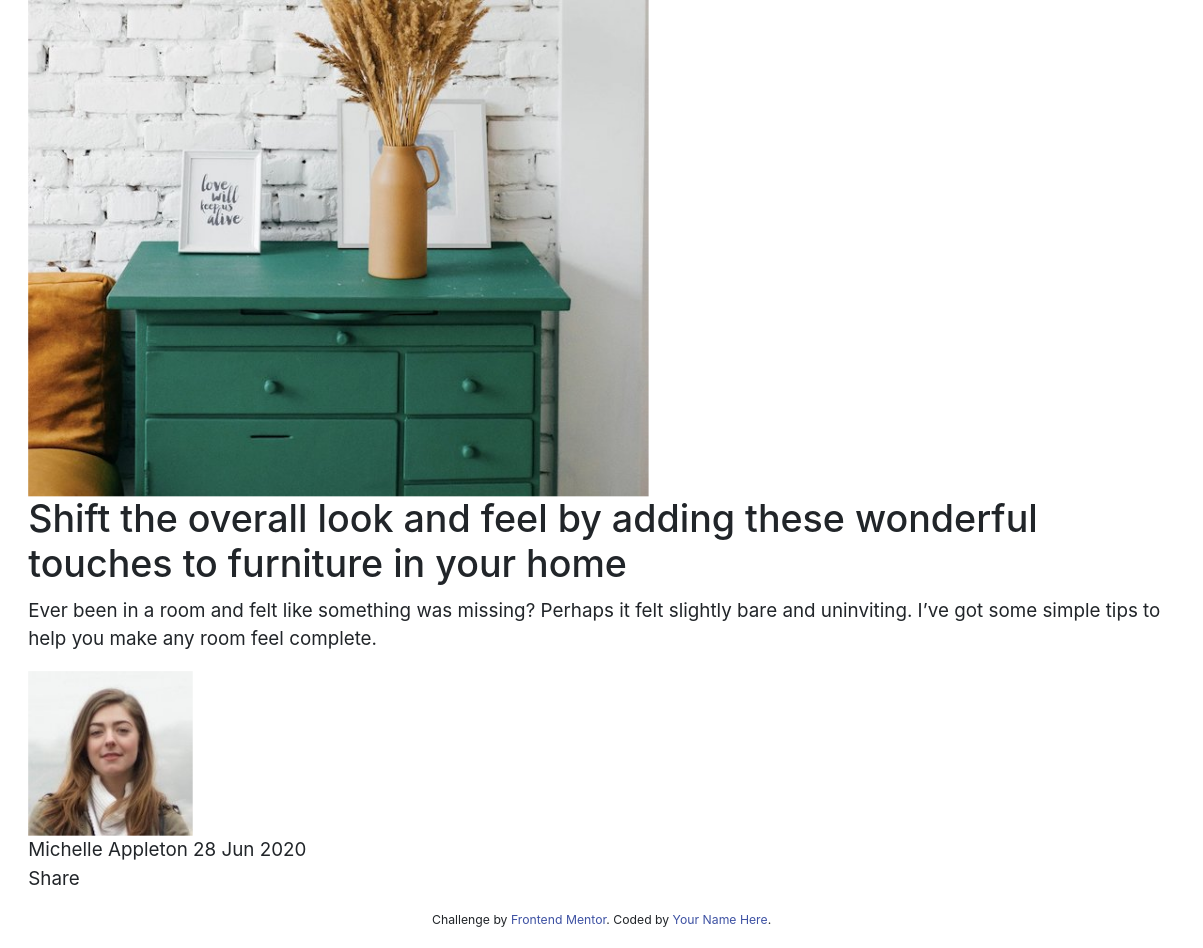
Repository: timiodulate/Article-Preview-Component
Page: index.html
These files come from the project's save history. The page is drawn as it stood at one moment and after a run of saves; the edit follows.
The browser window is 1280 px wide. The pictures show the whole page, at 94% of full size.

Above is the page before, as saved 2020-07-11 11:13:14.

### index.html
<!DOCTYPE html>
<html lang="en">
<head>
  <meta charset="UTF-8">
  <meta name="viewport" content="width=device-width, initial-scale=1.0"> <!-- displays site properly based on user's device -->

  <link rel="icon" type="image/png" sizes="32x32" href="./images/favicon-32x32.png">

  <!-- Bootstrap -->
  <link rel="stylesheet" href="./css/bootstrap.min.css">

  <!-- Custom Style -->
  <link rel="stylesheet" href="./css/style.css">

  <title>Frontend Mentor | Article preview component</title>
</head>
<body>
  <div class="container col d-flex flex-column justify-content-between">
    <div class="cardContainer col d-flex-column">

      <img src="./images/drawers.jpg" alt="">

      <div class="textContainer">
        <h2>
          Shift the overall look and feel by adding these wonderful
          touches to furniture in your home
        </h2>
        <p>
          Ever been in a room and felt like something was missing? Perhaps
          it felt slightly bare and uninviting. I’ve got some simple tips
          to help you make any room feel complete.
        </p>
        <div class="userDetails">
          <img src="./images/avatar-michelle.jpg" alt="">
          <div class="nameDate">
            Michelle Appleton
            28 Jun 2020
          </div>

        </div>
      </div>



      Share
    </div>
    <div class="attribution">
      Challenge by <a href="https://www.frontendmentor.io?ref=challenge" target="_blank">Frontend Mentor</a>.
      Coded by <a href="#">Your Name Here</a>.
    </div>
  </>

  <script src="https://code.jquery.com/jquery-3.5.1.slim.min.js" integrity="sha384-DfXdz2htPH0lsSSs5nCTpuj/zy4C+OGpamoFVy38MVBnE+IbbVYUew+OrCXaRkfj" crossorigin="anonymous"></script>
  <script src="./js/bootstrap.min.js"></script>
</body>
</html>

### css/style.css
@import url('http://fonts.googleapis.com/css?family=Raleway:400|Open+Sans:500');

/* Global Resets */
* {
    padding: 0;
    margin: 0;
    box-sizing: border-box;
}

html {
    font-size: 20px;

    /* font-family */
    --header: Raleway;
    --body: Open Sans;

    /* font-weight */
    --normal: 400;
    --bold: 700;

    /* color */
    --footer: hsl(243, 87%, 12%);
    --last-section: hsl(238, 22%, 44%);
    --button: hsl(224, 93%, 58%);
    --anchor: hsl(170, 45%, 43%);
    --card-bg: hsl(240, 75%, 98%);
    --placeholder: hsl(0, 0%, 75%);
    --text: white;
}

/* Dark mode */
/* html[data-theme = 'dark'] {

} */

body {
    height: 100vh;
    width: 100vw;
    /* background-image: url(../images/bg-intro-desktop.png); */
    /* background-color: var(--red); */
    /* background-blend-mode: screen; */
}

button {
    cursor: pointer;
    padding: 12px 50px;
    border: none;
    border-radius: .3rem;
    font-size: .7rem;
    font-family: var(--header), sans-serif;

    background-color: var(--button);
    color: white;
}

ul {
    list-style: none;
}

li {
    text-decoration: none;
}

a  {
    text-decoration: none;
}



/* header */
.container {
    width: 100%;
    height: 100%;
}

/* nav */



/* main */


/* section */



/* footer */
footer .footer-container {
    display: grid;
    grid-template-columns: repeat(4, 1fr);
    margin-bottom: 30px;
}
.attribution {
    font-size: 13px;
    text-align: center;
    /* color: var(--text); */
    padding: 20px;
}
.attribution a {
    color: hsl(228, 45%, 44%);
    text-decoration: none;
}



/* Media Queries - Responsiveness */
/* LG - Large Screen */
/* @media only screen and (max-width: 992px) {

} */

/* MD - Medium Screen */
/* @media only screen and (max-width: 765px) {
    body {
        justify-content: initial;
	height: fit-content;
    }

    footer .footer-container {
        grid-template-columns: 1fr;
        margin-bottom: 20px;
        row-gap: 15px;
    }

    .attribution {
        font-size: .6rem;
        padding: 20px 10px;
        color: white;
    }
} */

/* SM - Small Screen */
/* @media only screen and (max-width: 576px){

} */


/* @timiodulate css template */

Loaded but not shown: css/bootstrap.min.css (library); js/bootstrap.min.js (library)

After the next 5 saves:
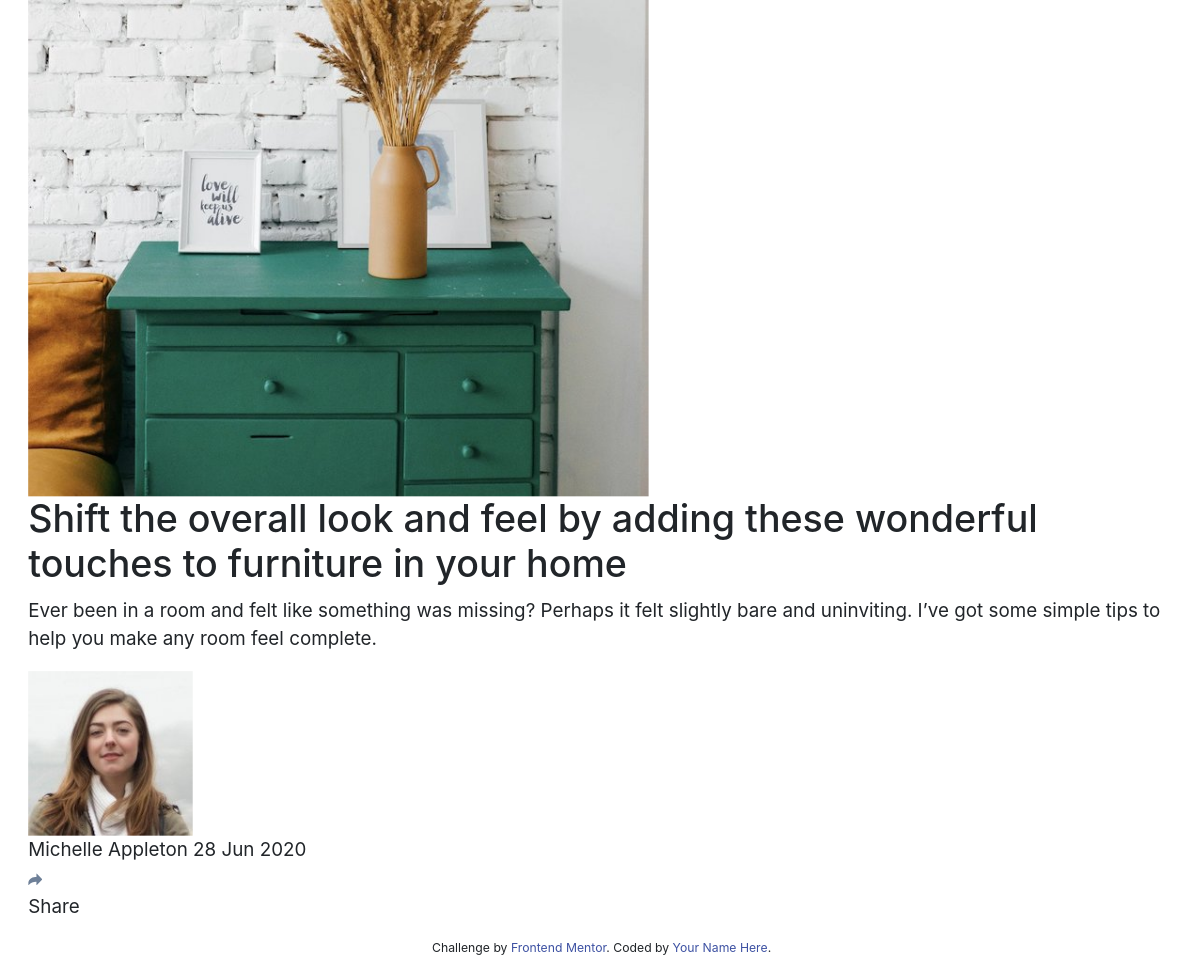
The 5 saves are shown as one change because they came seconds apart.
The last was saved 15 s later.
--- a/index.html
+++ b/index.html
@@ -36,7 +36,7 @@
             Michelle Appleton
             28 Jun 2020
           </div>
-
+          <img src="./images/icon-share.svg" alt="">
         </div>
       </div>
 
